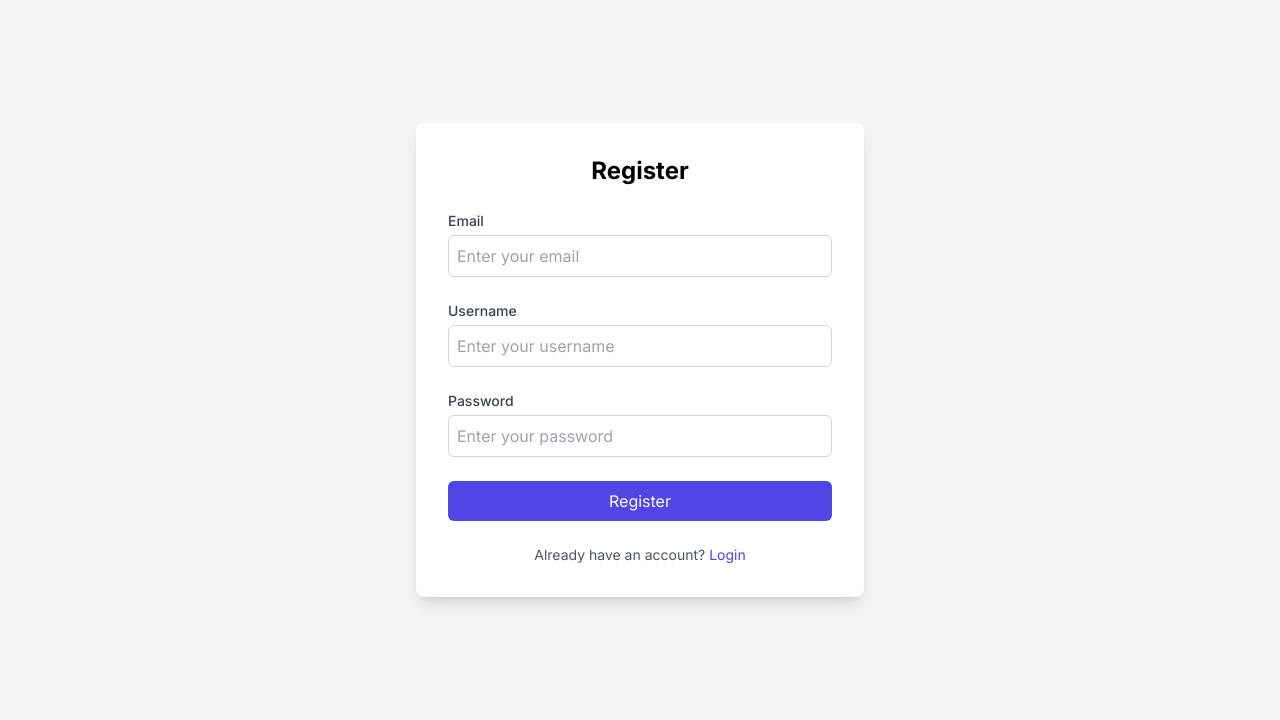
Repository: NassimeElkamari/Horizon-Housing
Page: /register
An editor plug-in stored every save of this project. The page is shown before and after a run of saves, followed by the edit.
The browser window is 1280 px wide. The pictures show the whole page.
The project was rebuilt for these pictures with package versions that can differ from the ones it lists, and the page was loaded fresh each time. The framework's server and built-in components were replaced by stand-ins that run in the browser. Also part of the build but not shown: next.config.mjs.

Above is the page before, as saved 2024-08-28 21:42:59.

After the next 3 saves:
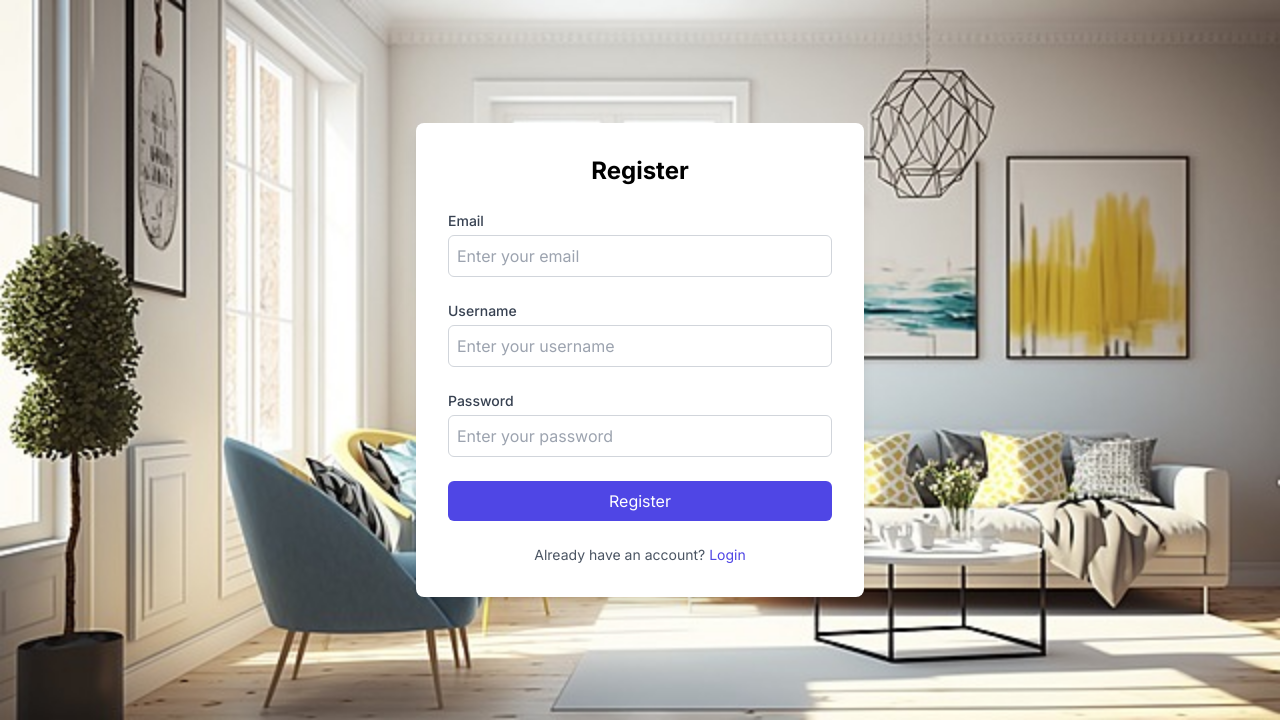
The 3 saves are shown as one change because they came seconds apart.
The last was saved 23 s later.
--- a/src/app/register/page.tsx
+++ b/src/app/register/page.tsx
@@ -32,7 +32,7 @@ const RegisterPage = () => {
   };
 
   return (
-    <div className="min-h-screen bg-gray-100 flex items-center justify-center">
+    <div className="min-h-screen bg-gray-100 flex items-center justify-center bg-cover"   style={{ backgroundImage: "url('/bg2.jpg')" }}>
       <div className="bg-white p-8 rounded-lg shadow-lg w-full max-w-md">
         <h2 className="text-2xl font-bold mb-6 text-center">Register</h2>
         {error && <p className="text-red-500 text-center mb-4">{error}</p>}
